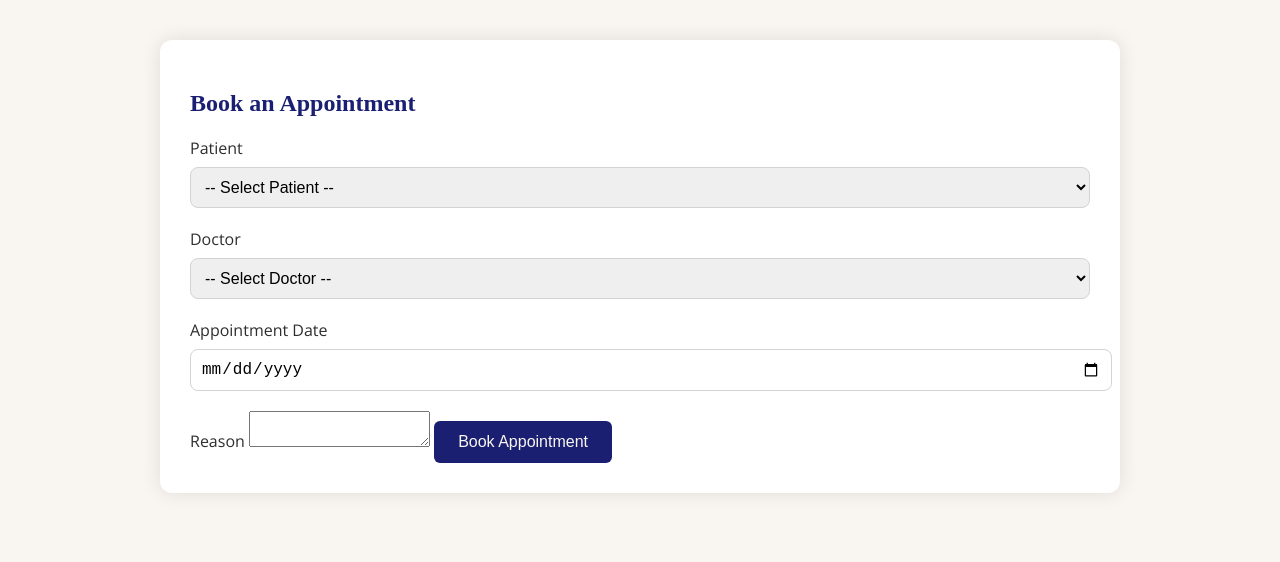
Repository: shreeshskatti/hospital_management_system
Page: http://localhost/appointments/book_appointment.php
The author's editor kept a copy of each file at every save. The page is drawn from the files as they stood at one save, then again after the next save.
The browser window is 1280 px wide. The pictures show the whole page.
Some web fonts or font styles are not loaded; a fallback is used. The page is run by PHP 8.4 with error messages shown; the project is at /var/www/html/. The database holds what the project's SQL file puts in it.

Above is the page before, as saved 2025-05-29 20:14:22.

After the next save:
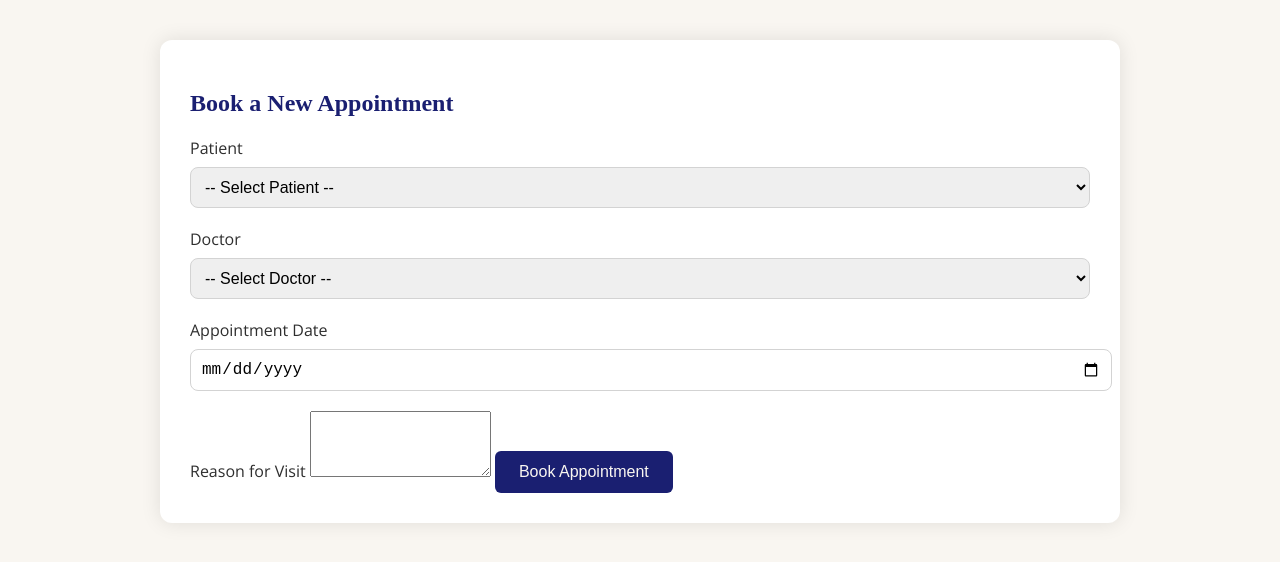
Saved 2 min 7 s later.
--- a/appointments/book_appointment.php
+++ b/appointments/book_appointment.php
@@ -1,24 +1,32 @@
 <?php
-include '../includes/db.php';
+include '../includes/db.php';  // Adjust path if needed
 
-// Fetch patients and doctors for the form
+// Fetch patients
 $patients = $conn->query("SELECT patient_id, name FROM patients");
+if (!$patients) {
+    die("Error fetching patients: " . $conn->error);
+}
+
+// Fetch doctors
 $doctors = $conn->query("SELECT doctor_id, name FROM doctors");
+if (!$doctors) {
+    die("Error fetching doctors: " . $conn->error);
+}
 
 if (isset($_POST['submit'])) {
     $patient_id = $_POST['patient_id'];
     $doctor_id = $_POST['doctor_id'];
     $appointment_date = $_POST['appointment_date'];
-    $reason = $_POST['reason'];
+    $reason = $conn->real_escape_string($_POST['reason']);
 
-    $sql = "INSERT INTO appointments (patient_id, doctor_id, appointment_date, reason)
-            VALUES ('$patient_id', '$doctor_id', '$appointment_date', '$reason')";
+    $insert_sql = "INSERT INTO appointments (patient_id, doctor_id, appointment_date, reason)
+                   VALUES ('$patient_id', '$doctor_id', '$appointment_date', '$reason')";
 
-    if ($conn->query($sql)) {
+    if ($conn->query($insert_sql)) {
         echo "<script>alert('Appointment booked successfully.'); window.location.href='view_appointments.php';</script>";
         exit();
     } else {
-        echo "Error: " . $conn->error;
+        echo "Error booking appointment: " . $conn->error;
     }
 }
 ?>
@@ -31,29 +39,34 @@ if (isset($_POST['submit'])) {
 </head>
 <body>
 <div class="container">
-    <h2>Book an Appointment</h2>
+    <h2>Book a New Appointment</h2>
     <form action="" method="POST">
+
         <label>Patient</label>
         <select name="patient_id" required>
             <option value="">-- Select Patient --</option>
-            <?php while($row = $patients->fetch_assoc()): ?>
-                <option value="<?php echo $row['patient_id']; ?>"><?php echo htmlspecialchars($row['name']); ?></option>
+            <?php while ($row = $patients->fetch_assoc()): ?>
+                <option value="<?php echo $row['patient_id']; ?>">
+                    <?php echo htmlspecialchars($row['name']); ?>
+                </option>
             <?php endwhile; ?>
         </select>
 
         <label>Doctor</label>
         <select name="doctor_id" required>
             <option value="">-- Select Doctor --</option>
-            <?php while($row = $doctors->fetch_assoc()): ?>
-                <option value="<?php echo $row['doctor_id']; ?>"><?php echo htmlspecialchars($row['name']); ?></option>
+            <?php while ($row = $doctors->fetch_assoc()): ?>
+                <option value="<?php echo $row['doctor_id']; ?>">
+                    <?php echo htmlspecialchars($row['name']); ?>
+                </option>
             <?php endwhile; ?>
         </select>
 
         <label>Appointment Date</label>
         <input type="date" name="appointment_date" required>
 
-        <label>Reason</label>
-        <textarea name="reason" required></textarea>
+        <label>Reason for Visit</label>
+        <textarea name="reason" rows="4" required></textarea>
 
         <button type="submit" name="submit">Book Appointment</button>
     </form>
